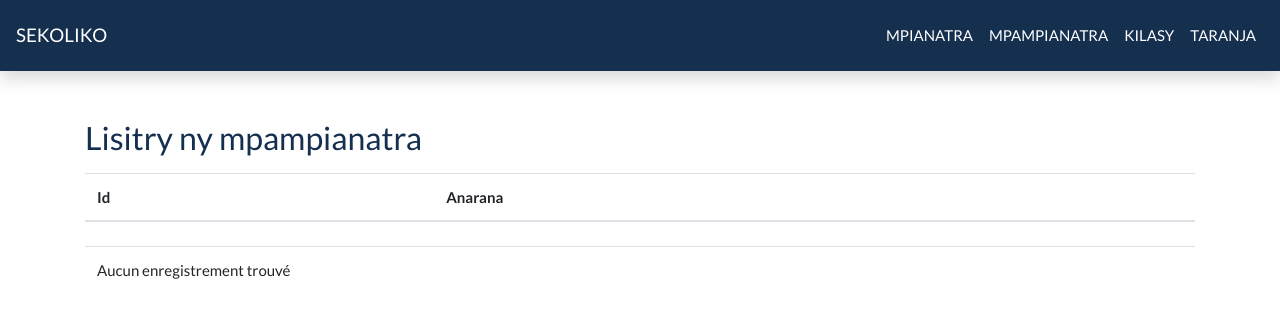
Repository: niainamahefa/j2ee-sekoliko
Page: http://localhost/Ecole/professeur
An editor plug-in stored every save of this project. The page is shown before and after the next save, followed by the edit.
The browser window is 1280 px wide. The pictures show the whole page.
The page is served by Tomcat 9. Other server files are loaded and not shown.

Above is the page before, as saved 2021-02-04 20:30:32.

### Ecole/WebContent/WEB-INF/professeur.jsp
<%@ page language="java" contentType="text/html; charset=ISO-8859-1"
    pageEncoding="ISO-8859-1"%>
<!DOCTYPE html>
<html>
<head>
<meta charset="ISO-8859-1">
<title>Sekoliko</title>
    <!-- Bootstrap core CSS -->
	<link href="./assets/css/bootstrap.min.css" rel="stylesheet">
</head>
<body>
	<nav class="navbar navbar-expand-lg  navbar-dark  bg-primary  shadow container-fluid">

            <a class="navbar-brand lnav" href="#" data-scroll="acceuill">SEKOLIKO</a>
            <div class="collapse navbar-collapse " id="navbarNav">
                <ul class="navbar-nav ml-auto">
                  <li class="nav-item">
                    <a class="nav-link lnav" href="accueil" data-scroll="acceuill"><i class="fas fa-home "></i> MPIANATRA <span class="sr-only">(current)</span></a>
                </li>
                <li class="nav-item">
                    <a class="nav-link lnav" href="professeur" data-scroll="produit"><i class="fab fa-product-hunt"></i> MPAMPIANATRA</a>
                </li>
                <li class="nav-item">
                        <a class="nav-link lnav" href="classe" data-scroll="inscription"><i class ="fa fa-edit"></i> KILASY</a>
                    </li>
                <li class="nav-item">
                    <a class="nav-link lnav" href="matiere" data-scroll="contact"><i class ="fa fa-envelope"></i> TARANJA</a>
                </li>
            </ul>
        </div>
    </nav>

    <div class="container mt-5">

    	<table class="table mt-3 " id="table_charge">
    	<h3 class="text-primary mt-3">Lisitry ny mpampianatra </h3>
                    <thead>
                        <tr>
                            <th>Id</th>
                            <th>Anarana</th>
                        </tr>
                    </thead>
                    <tbody>

                            <tr>
                                <td></td>
                                <td></td>
                            </tr>

                            <tr>
                                <td colspan="3">Aucun enregistrement trouvé</td>
                            </tr>

                    </tbody>
                </table>
    </div>

</body>
</html>

### Ecole/src/com/ecole/servlet/ProfesseurServlet.java
package com.ecole.servlet;

import java.io.IOException;
import javax.servlet.ServletException;
import javax.servlet.annotation.WebServlet;
import javax.servlet.http.HttpServlet;
import javax.servlet.http.HttpServletRequest;
import javax.servlet.http.HttpServletResponse;

/**
 * Servlet implementation class EnseignantServlet
 */
@WebServlet("/EnseignantServlet")
public class ProfesseurServlet extends HttpServlet {
	private static final long serialVersionUID = 1L;

    /**
     * @see HttpServlet#HttpServlet()
     */
    public ProfesseurServlet() {
        super();
        // TODO Auto-generated constructor stub
    }

	/**
	 * @see HttpServlet#doGet(HttpServletRequest request, HttpServletResponse response)
	 */
	protected void doGet(HttpServletRequest request, HttpServletResponse response) throws ServletException, IOException {
		// TODO Auto-generated method stub
		response.getWriter().append("Served at: ").append(request.getContextPath());
		request.getRequestDispatcher("/WEB-INF/professeur.jsp").forward(request, response);
	}

	/**
	 * @see HttpServlet#doPost(HttpServletRequest request, HttpServletResponse response)
	 */
	protected void doPost(HttpServletRequest request, HttpServletResponse response) throws ServletException, IOException {
		// TODO Auto-generated method stub
		doGet(request, response);
	}

}

Loaded but not shown: Ecole/WebContent/assets/css/bootstrap.min.css (library); Ecole/WebContent/assets/fontawesome-free/css/all.min.css (library)

After the next save:
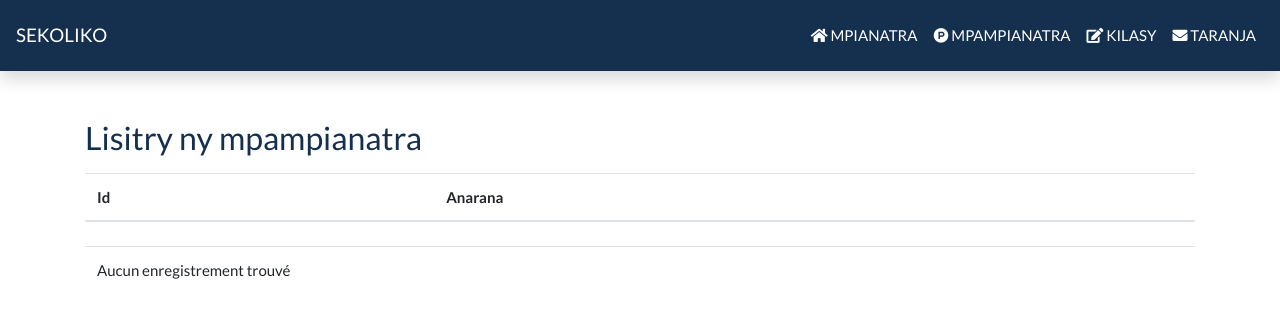
Saved 60 s later.
--- a/Ecole/WebContent/WEB-INF/professeur.jsp
+++ b/Ecole/WebContent/WEB-INF/professeur.jsp
@@ -7,6 +7,7 @@
 <title>Sekoliko</title>
     <!-- Bootstrap core CSS -->
 	<link href="./assets/css/bootstrap.min.css" rel="stylesheet">
+	<link href="./assets/fontawesome-free/css/all.min.css" rel="stylesheet" type="text/css">
 </head>
 <body>
 	<nav class="navbar navbar-expand-lg  navbar-dark  bg-primary  shadow container-fluid">
